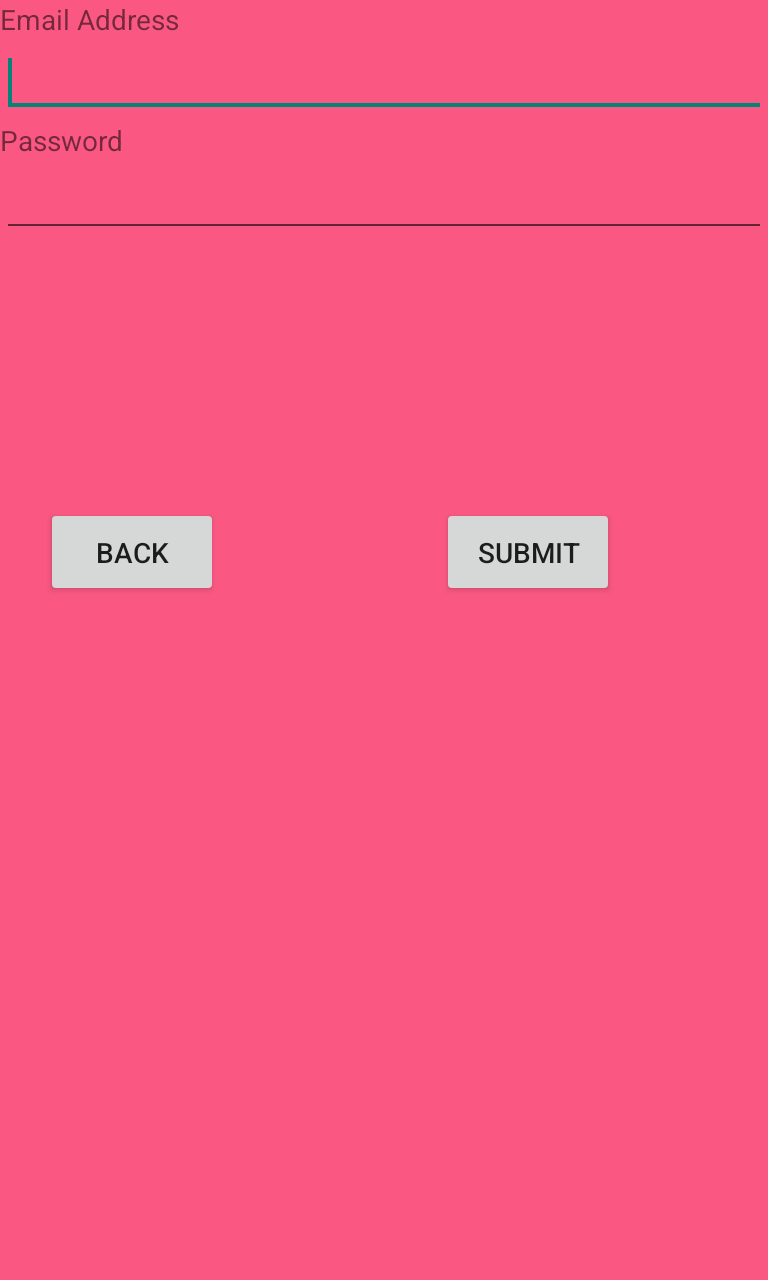
Repository: Clarenaliaka/code-challenge
Layout: ModernMum/res/layout/login.xml
The author's editor kept a copy of each file at every save. The layout is drawn from the files as they stood at one save, then again after the next save.
It is drawn on a 768 x 1280 px phone screen (xhdpi) without system bars, with theme AppTheme; the app's code is not run.

Above is the layout before, as saved 2014-07-31 13:19:44.

### ModernMum/res/layout/login.xml
<?xml version="1.0" encoding="utf-8"?>
<LinearLayout xmlns:android="http://schemas.android.com/apk/res/android"
    android:layout_width="match_parent"
    android:layout_height="match_parent"
    android:orientation="vertical"
    android:background="@color/pink">

    <TextView
        android:id="@+id/textView1"
        android:layout_width="wrap_content"
        android:layout_height="wrap_content"
        android:text="@string/email" />

    <EditText
        android:id="@+id/etemail"
        android:layout_width="match_parent"
        android:layout_height="wrap_content"
        android:ems="10"
        android:inputType="textEmailAddress" >

        <requestFocus />
    </EditText>

    <TextView
        android:id="@+id/textView2"
        android:layout_width="wrap_content"
        android:layout_height="wrap_content"
        android:text="@string/Password" />

    <EditText
        android:id="@+id/etpassword"
        android:layout_width="match_parent"
        android:layout_height="wrap_content"
        android:ems="10"
        android:inputType="textPassword" />

    <RelativeLayout
    android:layout_width="match_parent"
    android:layout_height="match_parent"
    android:orientation="vertical"
    android:background="@color/pink">

    <Button
        android:id="@+id/btnlogsubmit"
        android:layout_width="wrap_content"
        android:layout_height="wrap_content"
        android:layout_alignParentRight="true"
        android:layout_alignParentTop="true"
        android:layout_marginRight="76dp"
        android:layout_marginTop="131dp"
        android:text="@string/btnsubmit" />

    <Button
        android:id="@+id/btnlogback"
        android:layout_width="wrap_content"
        android:layout_height="wrap_content"
        android:layout_alignBaseline="@+id/btnlogsubmit"
        android:layout_alignBottom="@+id/btnlogsubmit"
        android:layout_alignParentLeft="true"
        android:layout_marginLeft="22dp"
        android:text="@string/btnback" />

    </RelativeLayout>

</LinearLayout>

### ModernMum/res/values/color.xml
<?xml version="1.0" encoding="utf-8"?>
<resources>
    <color name="green">#660</color>
<color name="white">#FFFFFF</color>
<color name="black">#000000</color>
<color name="red">#FA5858</color>
<color name="brown">#2A120A</color>
<color name="grew">#151515</color>
<color name="blue">#4E3B6F</color>
<color name="purple">#AA18A3</color>
<color name="darkbrown">#AA4B18</color>
<color name="orange">#ff6633</color>
<color name="lightpink">#FFB6C1</color>
<color name="pink">#FA5882</color>
</resources>

### ModernMum/res/values/strings.xml
<?xml version="1.0" encoding="utf-8"?>
<resources>

    <string name="app_name">ModernMum</string>
    <string name="btnregister">Register</string>
    <string name="action_settings">Settings</string>
    <string name="btnlogin">Login</string>
    <string name="first">First Name</string>
    <string name="last">Last Name</string>
    <string name="email">Email Address</string>
    <string name="Password">Password</string>
    <string name="phone">Phone Number</string>
    <string name="loce">Location</string>
    <string name="title_activity_register_screen">RegisterScreenActivity</string>
    <string name="hello_world">Hello world!</string>
    <string name="title_activity_login_screen">LoginScreenActivity</string>
    <string name="btnsubmit">Submit</string>
    <string name="btnback">back</string>
    <string name="des">This is aplatform for mothers to have their privacy,interact and share emotional
    information by chatting.The can also expose the site by advertising,
    selling and buying their additional baby productr</string>

    <string-array name="modern">
        <item>location</item>
        <item>Westlands</item>
        <item>Ngong road</item>
        <item>Loresho</item>
        <item>Kasarani</item>
        <item>Karen</item>
        <item>langata</item>
        <item>Mt.View</item>
        <item>Uthiru</item>
        <item>Parklands</item>
        <item>Upper Hill</item>
        <item>Nairobi West</item>
        <item>South B</item>
        <item>South C</item>
    </string-array>

    <string name="title_activity_advert_screen">AdvertScreenActivity</string>
    <string name="baby">Baby Products</string>
    <string name="title_activity_home_screen">HomeScreenActivity</string>
    <string name="btnadvert">Advertise</string>
    <string name="btnchat">Chat</string>
    <string name="btntips">Tips</string>
    <string name="btnbuy">Buy</string>
    <string name="title_activity_chat">ChatActivity</string>
    <string name="title_activity_contact_screen">ContactScreenActivity</string>

</resources>

Loaded but not shown: ModernMum/res/values/styles.xml (common file); ModernMum/res/values-v11/styles.xml (common file); ModernMum/res/values-v14/styles.xml (common file)

After the next save:
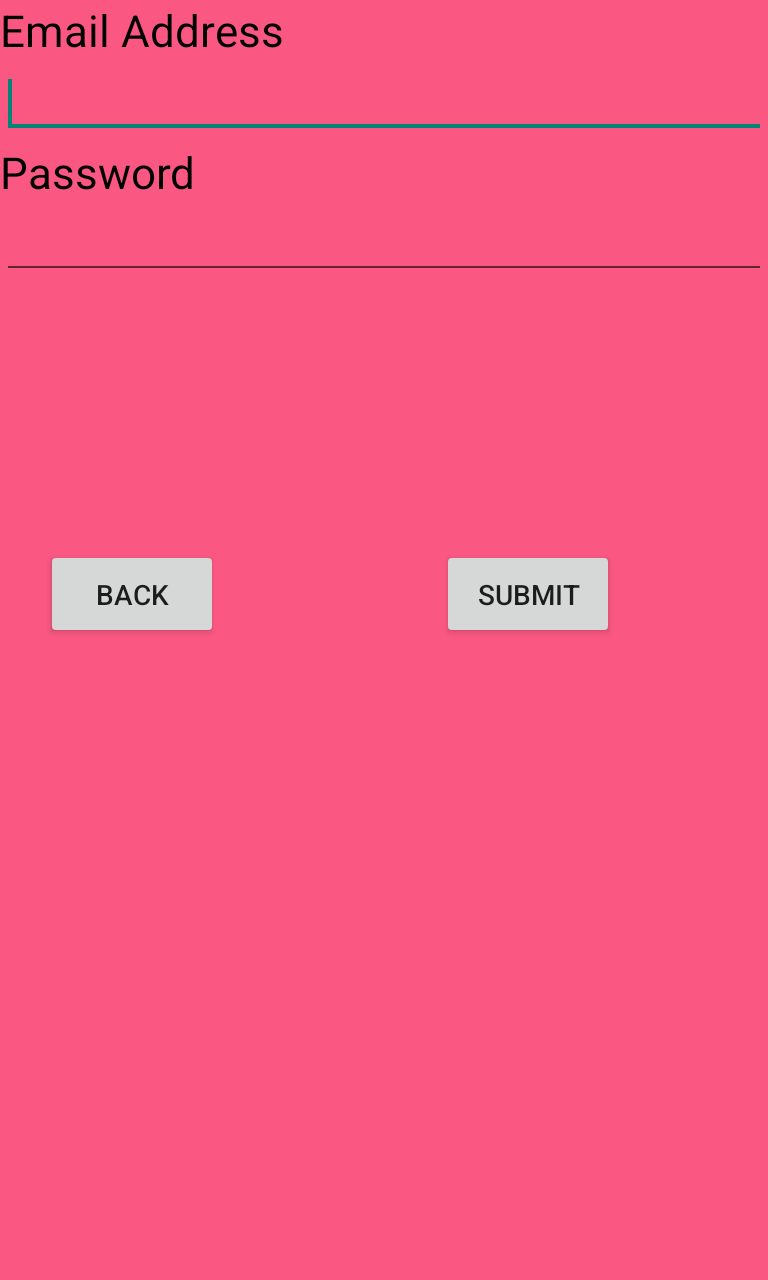
Saved 12 min 49 s later.
--- a/ModernMum/res/layout/login.xml
+++ b/ModernMum/res/layout/login.xml
@@ -9,7 +9,9 @@
         android:id="@+id/textView1"
         android:layout_width="wrap_content"
         android:layout_height="wrap_content"
-        android:text="@string/email" />
+        android:text="@string/email"
+         android:textSize="22sp"
+        android:textColor="@color/black"/>
 
     <EditText
         android:id="@+id/etemail"
@@ -25,7 +27,9 @@
         android:id="@+id/textView2"
         android:layout_width="wrap_content"
         android:layout_height="wrap_content"
-        android:text="@string/Password" />
+        android:text="@string/Password"
+         android:textSize="22sp"
+        android:textColor="@color/black" />
 
     <EditText
         android:id="@+id/etpassword"
